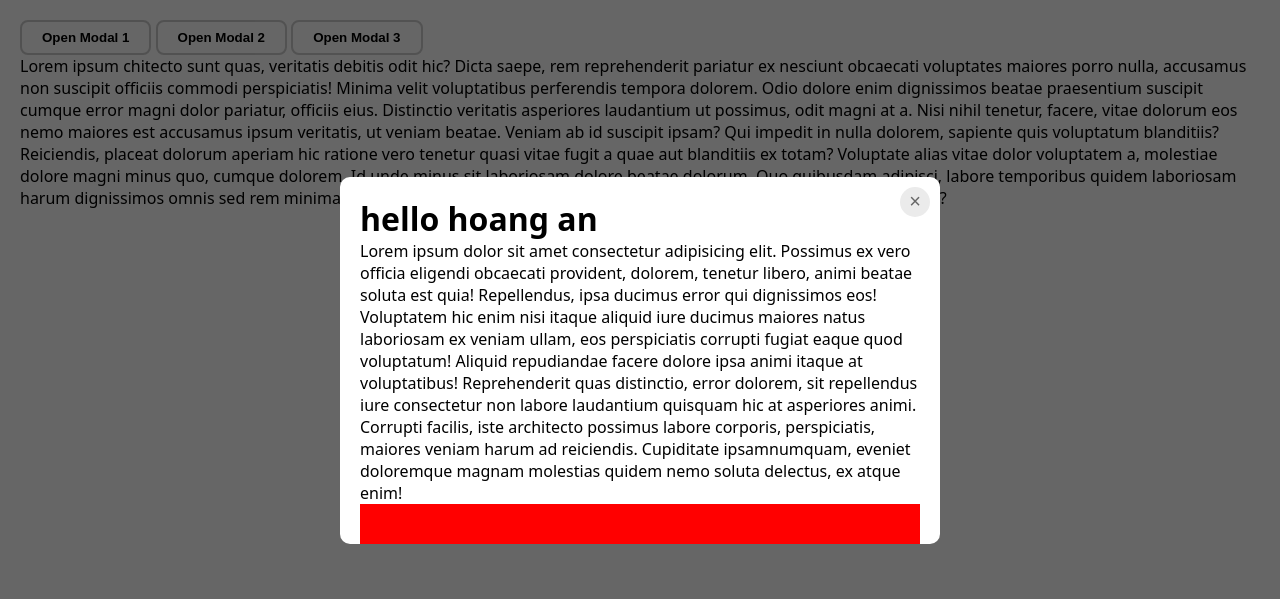
Repository: hoangan3526/Javascript-project
Page: index.html
An editor plug-in stored every save of this project. The page is shown before and after the next save, followed by the edit.
The browser window is 1280 px wide. The pictures show the whole page.

Above is the page before, as saved 2026-05-04 09:45:44.

### index.html
<!DOCTYPE html>
<html lang="en">
    <head>
        <meta charset="UTF-8" />
        <meta name="viewport" content="width=device-width, initial-scale=1.0" />
        <title>Modal</title>
        <link rel="stylesheet" href="style.css" />
    </head>
    <body>
        <main>
            <button id="open-modal-1" class="btn">Open Modal 1</button>
            <button id ="open-modal-2" class="btn">Open Modal 2</button>

            <button id="open-modal-3" class="btn">Open Modal 3</button>

            <p>Lorem ipsum chitecto sunt quas, veritatis debitis odit hic? Dicta saepe, rem reprehenderit pariatur ex nesciunt obcaecati voluptates maiores porro nulla, accusamus non suscipit officiis commodi perspiciatis!
            Minima velit voluptatibus perferendis tempora dolorem. Odio dolore enim dignissimos beatae praesentium suscipit cumque error magni dolor pariatur, officiis eius. Distinctio veritatis asperiores laudantium ut possimus, odit magni at a.
            Nisi nihil tenetur, facere, vitae dolorum eos nemo maiores est accusamus ipsum veritatis, ut veniam beatae. Veniam ab id suscipit ipsam? Qui impedit in nulla dolorem, sapiente quis voluptatum blanditiis?
            Reiciendis, placeat dolorum aperiam hic ratione vero tenetur quasi vitae fugit a quae aut blanditiis ex totam? Voluptate alias vitae dolor voluptatem a, molestiae dolore magni minus quo, cumque dolorem.
            Id unde minus sit laboriosam dolore beatae dolorum. Quo quibusdam adipisci, labore temporibus quidem laboriosam harum dignissimos omnis sed rem minima accusantium, perferendis reiciendis! Officia explicabo amet velit alias quisquam?</p>
        </main>
        <template id ="modal-1">
            <h1>hello hoang an</h1>
            <p>Lorem ipsum dolor sit amet consectetur adipisicing elit. Possimus ex vero officia eligendi obcaecati provident, dolorem, tenetur libero, animi beatae soluta est quia! Repellendus, ipsa ducimus error qui dignissimos eos!
            Voluptatem hic enim nisi itaque aliquid iure ducimus maiores natus laboriosam ex veniam ullam, eos perspiciatis corrupti fugiat eaque quod voluptatum! Aliquid repudiandae facere dolore ipsa animi itaque at voluptatibus!
            Reprehenderit quas distinctio, error dolorem, sit repellendus iure consectetur non labore laudantium quisquam hic at asperiores animi. Corrupti facilis, iste architecto possimus labore corporis, perspiciatis, maiores veniam harum ad reiciendis.
            Cupiditate ipsamnumquam, eveniet doloremque magnam molestias quidem nemo soluta delectus, ex atque enim!</p>
        </template>
        <template id="modal-2">
            <h1>Login</h1>
            <form action="" id="login-form">
                <input
                    type="email"
                    placeholder="Enter your email..."
                    id="email"
                />
                <br />
                <input
                    type="password"
                    placeholder="Enter your password..."
                    id="password"
                />
                <br />
                <button type="submit">Login</button>
            </form>
        </template>
        <template id = "modal-3">
            <h1>hello hoang an</h1>
            <p>Lorem ipsum dolor sit amet consectetur adipisicing elit. Possimus ex vero officia eligendi obcaecati provident, dolorem, tenetur libero, animi beatae soluta est quia! Repellendus, ipsa ducimus error qui dignissimos eos!
            Voluptatem hic enim nisi itaque aliquid iure ducimus maiores natus laboriosam ex veniam ullam, eos perspiciatis corrupti fugiat eaque quod voluptatum! Aliquid repudiandae facere dolore ipsa animi itaque at voluptatibus!
            Reprehenderit quas distinctio, error dolorem, sit repellendus iure consectetur non labore laudantium quisquam hic at asperiores animi. Corrupti facilis, iste architecto possimus labore corporis, perspiciatis, maiores veniam harum ad reiciendis.
            Cupiditate ipsamnumquam, eveniet doloremque magnam molestias quidem nemo soluta delectus, ex atque enim!</p>

        </template>
        <!-- Modal -->

        <script src="main.js"></script>
    </body>
</html>

### style.css
* {
    margin: 0;
    padding: 0;
    box-sizing: border-box;
}

html {
    font-size: 62.5%;
}

body {
    font-size: 1.6rem;
    font-family: system-ui, -apple-system, BlinkMacSystemFont, "Segoe UI",
        Roboto, Oxygen, Ubuntu, Cantarell, "Open Sans", "Helvetica Neue",
        sans-serif;
}
main {
    margin: 20px;
}

.btn {
    border: 2px solid #ccc;
    border-radius: 8px;
    padding: 8px 20px;
    font-weight: 600;
}
button {
    border: none;
    outline: none;
    background: transparent;
    cursor: pointer;
}

.modal-backdrop {
    position: fixed;
    inset: 0;
    display: flex;
    align-items: center;
    justify-content: center;
    background: rgba(0, 0, 0, 0.6);
    opacity: 0;
    visibility: hidden;
    transition: opacity, visibility;
    transition-duration: 0.3s;
}

.modal-backdrop.show {
    opacity: 1;
    visibility: visible;
}

.modal-backdrop.show .modal-container {
    transform: scale(1);
}

.modal-container {
    position: relative;
    width: min(600px, 90%);
    padding: 20px 20px 0;
    border-radius: 10px;
    background: #fff;
    transform: scale(0);
    transition: transform 0.3s;
}

.modal-close {
    position: absolute;
    top: 10px;
    right: 10px;
    width: 30px;
    height: 30px;
    border-radius: 50%;
    color: #666;
    background: #ebebeb;
    font-size: 2rem;
}

.modal-close:hover {
    color: #333;
}

.modal-content {
    max-height: 80vh;
    overflow-y: auto;
}
.modal-footer {
    background-color: red;
    padding: 20px 0;
}
.no-scroll{
    overflow: hidden;
}

### main.js
const $ = document.querySelector.bind(document);
const $$ = document.querySelectorAll.bind(document);

function Modal(options = {}) {
    const { templateId, classCSS= [], destroyOnClose = true, closeMethods =["button" , "overlay", "escape"] , onOpen , onClose  , footer = false} = options;
        const template = $(`#${templateId}`);

        if (!template) {
            console.error(`#${templateId} does not exist!`);
            return;
        }
        this._allowEscapeClose = closeMethods.includes("escape");
        this._allowBackdropClose = closeMethods.includes("overlay");
        this._allowButtonClose = closeMethods.includes("button");
    function getScrollbarWidth() {
        if (getScrollbarWidth.value) return getScrollbarWidth.value;

        const div = document.createElement("div");
        Object.assign(div.style, {
            overflow: "scroll",
            position: "absolute",
            top: "-9999px",
        });

        document.body.appendChild(div);
        const scrollbarWidth = div.offsetWidth - div.clientWidth;
        document.body.removeChild(div);

        getScrollbarWidth.value = scrollbarWidth;

        return scrollbarWidth;
    }
    this.build = () => {
        const content = template.content.cloneNode(true);

        // Create modal elements
        this._backdrop = document.createElement("div");
        this._backdrop.className = "modal-backdrop";

        const container = document.createElement("div");
        container.className = "modal-container";
        classCSS.forEach( classItem => {
            if ( typeof classItem === "string"){
                container.classList.add(classItem);
            }
        });
        if(typeof classCSS === 'string'){

        }
        if (this._allowButtonClose){
            const closeBtn = document.createElement("button");
            closeBtn.className = "modal-close";
            closeBtn.innerHTML = "&times;";
            container.appendChild(closeBtn);
            closeBtn.onclick = () => this.close();
        }

        const modalContent = document.createElement("div");
        modalContent.className = "modal-content";

        // Append content and elements
        modalContent.append(content);
        container.append(modalContent);
        if ( footer){
            const modalFooter = document.createElement("div");
            modalFooter.className = "modal-footer";
            if(this._footerContent){
                modalFooter.innerHTML = this._footerContent;
            }
            container.append(modalFooter);
        }
        this._backdrop.append(container);
        document.body.append(this._backdrop);

    }
    this.open= () => {
       if (!this._backdrop){
        this.build();
       }

        setTimeout(() => {
            this._backdrop.classList.add("show");
        }, 0);

        // Disable scrolling
        document.body.classList.add("no-scroll");
        document.body.style.paddingRight = getScrollbarWidth() + "px";

        // Attach event listeners


        if (this._allowBackdropClose) {
            this._backdrop.onclick = (e) => {
                if (e.target === this._backdrop) {
                    this.close();
                }
            };
        }
        if(this._allowEscapeClose){
            document.addEventListener("keydown", (e) => {
                if (e.key === "Escape") {
                    this.close();
                }
            });
        }

            this._onTransitonEnd(() => {

                if ( typeof onOpen === "function") onOpen();
            })


        return this._backdrop;
    };
    this.setFooterContent = html => {
        this._footerContent = html;
    }
    this._onTransitonEnd = (callback) => {
        this._backdrop.ontransitionend = (e) => {
            if( e.propertyName !== "transform" ) return ;
        if ( typeof callback === "function") callback();
    }

    this.close = (destroy= destroyOnClose) => {
        this._backdrop.classList.remove("show");


        this._onTransitonEnd ( () => {
                if (this._backdrop && destroy){
                    this._backdrop.remove();
                    this._backdrop = null;
                }

                // Enable scrolling
                document.body.classList.remove("no-scroll");
                document.body.style.paddingRight = "";

            if (typeof onClose === "function") onClose();
        });


    };
    this.destroy  = () => {
        this.close(true);
    }
}
}

const modal1 = new Modal(
    {
        templateId: "modal-1",

        destroyOnClose : false,
        onOpen : () => {
            console.log("Open Modal");

        },
        onClose :() => {
            console.log("Close Modal");

        }
    }
);

$("#open-modal-1").onclick = () => {
    const modalElement = modal1.open();
};

const modal2 = new Modal({
    templateId : "modal-2",
    classCSS : ["class1","class2"],
})
$("#open-modal-2").onclick = () => {
    const modalElement = modal2.open();
    const form = modalElement.querySelector("#login-form");
    if (form) {
        form.onsubmit = (e) => {
            e.preventDefault();
            const formData = {
                email: $("#email").value.trim(),
                password: $("#password").value.trim(),
            };

            console.log(formData);
        };
    }
}
const modal3 = new Modal(
    {
        templateId: "modal-3",

        footer : true,
        onOpen : () => {
            console.log("Open Modal 3 ");

        },
        onClose :() => {
            console.log("Close Modal 3 ");

        }
    }
);
modal3.set
modal3.open();

After the next save:
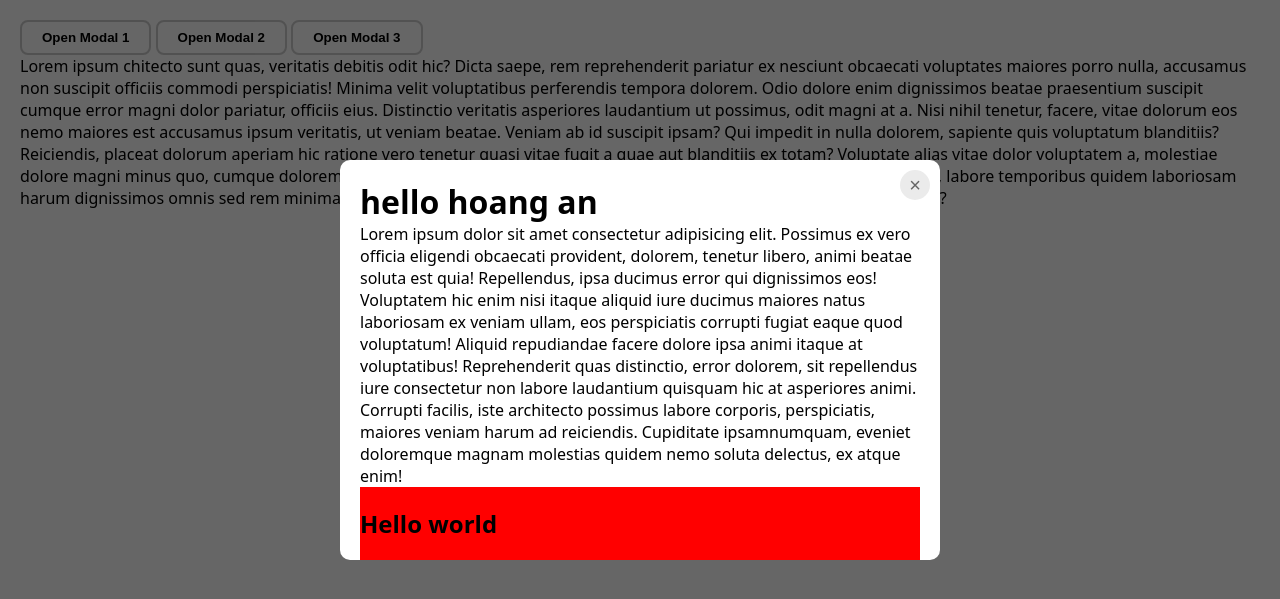
Saved 48 s later.
--- a/main.js
+++ b/main.js
@@ -200,5 +200,5 @@ const modal3 = new Modal(
         }
     }
 );
-modal3.set
+modal3.setFooterContent("<h2>Hello world </h2>")
 modal3.open();
